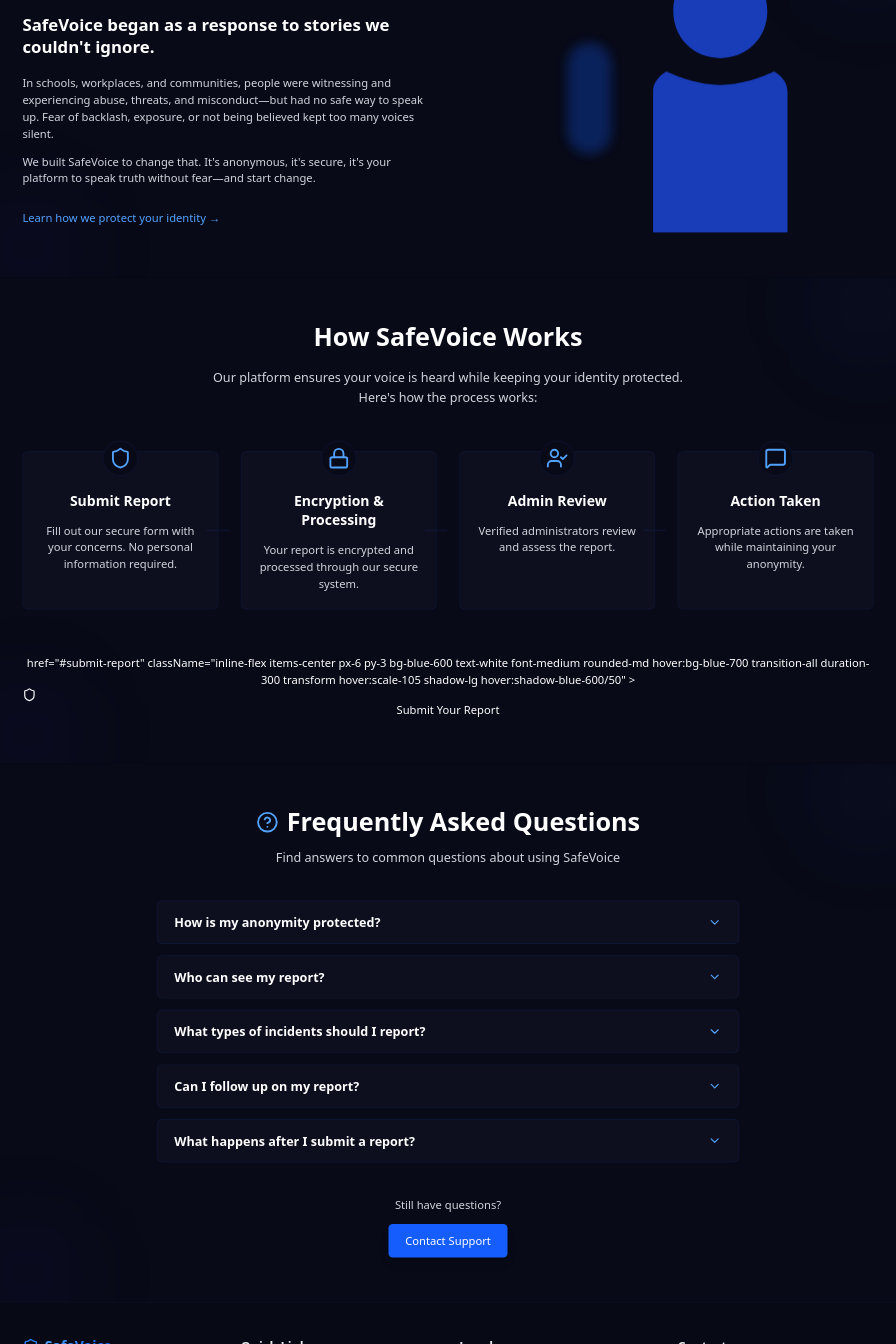
Repository: Marvin-Maina/safevoice
Page: / (app in safevoice-frontend/)
An editor plug-in stored every save of this project. The page is shown before and after a run of saves, followed by the edit.
The browser window is 1280 px wide. The pictures show the part of the page from y = 671 to 2591 px (the page is 2894 px tall), at 70% of full size.
The project was rebuilt for these pictures with package versions that can differ from the ones it lists, and the page was loaded fresh each time. Also part of the build but not shown: safevoice-frontend/vite.config.js, safevoice-frontend/src/pages/register.jsx, safevoice-frontend/src/pages/login.jsx, safevoice-frontend/src/pages/becomeadmin.jsx, safevoice-frontend/src/pages/freeadmindashboard.jsx, safevoice-frontend/src/components/PrivateRoute.jsx, safevoice-frontend/src/pages/UserReportDetail.jsx, safevoice-frontend/src/pages/SubmitReport.jsx and 2 more.

Above is the page before, as saved 2025-06-03 11:48:12.

### safevoice-frontend/src/App.jsx
// src/App.jsx
import { BrowserRouter as Router, Routes, Route, useLocation } from 'react-router-dom';
import Register from './pages/register';
import Login from './pages/login';
import Navbar from './components/navbar';
import Footer from './components/footer';
import LandingPage from './pages/landingpage';
import About from './components/about';
import BecomeAdmin from './pages/becomeadmin';
import FreeAdminDashboard from './pages/freeadmindashboard';
import PrivateRoute from './components/PrivateRoute'; // IMPORTANT: This import is necessary
import UserReportDetail from './pages/UserReportDetail'; // IMPORTANT: This import is necessary
import SubmitReport from './pages/SubmitReport';
import Profile from './pages/profile';
import EditProfile from './pages/EditProfile';
const AppLayout = () => {
  const location = useLocation();
  const showNavbar = location.pathname === '/';
  const showFooter = location.pathname === '/';

  return (
    <div className="min-h-screen bg-gray-950 text-white flex flex-col">
      {showNavbar && <Navbar />}
      <div className={`${showNavbar ? 'pt-16' : ''} flex-grow`}>
        <Routes>
          <Route path="/" element={<LandingPage />} />
          <Route path="/register" element={<Register />} />
          <Route path="/login" element={<Login />} />
          <Route path="/about" element={<About />} />
          <Route path="/become-admin" element={<BecomeAdmin />} />
          <Route path="/submit-report" element={<SubmitReport />} />
          <Route path="/profile" element={<Profile />} />
          <Route path="/EditProfile" element={<EditProfile />} />


          {/* Protected Admin Dashboard Route */}
          <Route
            path="/free-admin-dashboard"
            element={
              <PrivateRoute allowedRoles={['admin']}>
                <FreeAdminDashboard />
              </PrivateRoute>
            }
          />

          {/* IMPORTANT: Route for User Report Detail - This is how reportId gets populated */}
          <Route
            path="/reports/:reportId" // <--- This dynamic parameter MUST be here!
            element={
              <PrivateRoute allowedRoles={['user', 'admin']}> {/* Users can view their own reports */}
                <UserReportDetail />
              </PrivateRoute>
            }
          />
          {/* Add more routes as needed */}
        </Routes>
      </div>
      {showFooter && <Footer />}
    </div>
  );
};

export default function App() {
  return (
    <Router>
      <AppLayout />
    </Router>
  );
}

### safevoice-frontend/src/components/footer.jsx
import React from 'react';
import { Shield, Heart, Github, Twitter } from 'lucide-react';

const Footer = () => {
  return (
    <footer className="bg-[#070914] py-12 border-t border-blue-900/20">
      <div className="max-w-7xl mx-auto px-4 sm:px-6 lg:px-8">
        <div className="grid grid-cols-1 md:grid-cols-4 gap-8">
          {/* Brand */}
          <div className="col-span-1 md:col-span-1">
            <a href="/" className="flex items-center text-xl font-bold mb-4">
              <Shield className="h-6 w-6 mr-2 text-blue-500" />
              <span className="bg-gradient-to-r from-blue-400 to-blue-600 bg-clip-text text-transparent">SafeVoice</span>
            </a>
            <p className="text-gray-400 text-sm">
              Empowering voices, protecting identities. Your secure platform for anonymous reporting.
            </p>
            <div className="flex mt-4 space-x-4">
              <a href="#" className="text-gray-400 hover:text-blue-400 transition-colors duration-300">
                <Twitter className="h-5 w-5" />
              </a>
              <a href="#" className="text-gray-400 hover:text-blue-400 transition-colors duration-300">
                <Github className="h-5 w-5" />
              </a>
            </div>
          </div>

          {/* Quick Links */}
          <div className="col-span-1">
            <h3 className="text-lg font-semibold mb-4 text-gray-200">Quick Links</h3>
            <ul className="space-y-2">
              <li>
                <a href="#about" className="text-gray-400 hover:text-blue-400 transition-colors duration-300">About</a>
              </li>
              <li>
                <a href="#how-it-works" className="text-gray-400 hover:text-blue-400 transition-colors duration-300">How It Works</a>
              </li>
              <li>
                <a href="#faq" className="text-gray-400 hover:text-blue-400 transition-colors duration-300">FAQ</a>
              </li>
              <li>
                <a href="#report" className="text-gray-400 hover:text-blue-400 transition-colors duration-300">Submit Report</a>
              </li>
            </ul>
          </div>

          {/* Legal */}
          <div className="col-span-1">
            <h3 className="text-lg font-semibold mb-4 text-gray-200">Legal</h3>
            <ul className="space-y-2">
              <li>
                <a href="#privacy" className="text-gray-400 hover:text-blue-400 transition-colors duration-300">Privacy Policy</a>
              </li>
              <li>
                <a href="#terms" className="text-gray-400 hover:text-blue-400 transition-colors duration-300">Terms of Service</a>
              </li>
              <li>
                <a href="#cookies" className="text-gray-400 hover:text-blue-400 transition-colors duration-300">Cookie Policy</a>
              </li>
              <li>
                <a href="#security" className="text-gray-400 hover:text-blue-400 transition-colors duration-300">Security</a>
              </li>
            </ul>
          </div>

          {/* Contact */}
          <div className="col-span-1">
            <h3 className="text-lg font-semibold mb-4 text-gray-200">Contact</h3>
            <ul className="space-y-2">
              <li>
                <a href="#support" className="text-gray-400 hover:text-blue-400 transition-colors duration-300">Support</a>
              </li>
              <li>
                <a href="#contact" className="text-gray-400 hover:text-blue-400 transition-colors duration-300">Contact Us</a>
              </li>
              <li>
                <a href="#become-admin" className="text-gray-400 hover:text-blue-400 transition-colors duration-300">Become Admin/Org</a>
              </li>
            </ul>
          </div>
        </div>

        <div className="mt-12 pt-8 border-t border-blue-900/20 flex flex-col md:flex-row justify-between items-center">
          <p className="text-gray-400 text-sm">
            &copy; {new Date().getFullYear()} SafeVoice. All rights reserved.
          </p>
          <p className="text-gray-400 text-sm flex items-center mt-4 md:mt-0">
            Made with <Heart className="h-4 w-4 mx-1 text-red-500" /> for a safer world
          </p>
        </div>
      </div>
    </footer>
  );
};

export default Footer;

### safevoice-frontend/src/pages/landingpage.jsx
import React from 'react';
import HeroSection from '../components/hero';
import About from '../components/about';
import HowItWorks from '../components/Howitworks';
import Faq from '../components/FAQS';
// import more sections as needed...

const LandingPage = () => {
  return (
    <main>
      <HeroSection />
      <About />
      <HowItWorks />
      <Faq />
      {/* More sections */}
    </main>
  );
};

export default LandingPage;

### safevoice-frontend/src/components/about.jsx
import React from 'react';
import { MessageSquare } from 'lucide-react';

const About = () => {
  return (
    <section id="about" className="py-16 bg-[#080a17] relative overflow-hidden">
      <div className="max-w-7xl mx-auto px-4 sm:px-6 lg:px-8">
        <div className="grid grid-cols-1 md:grid-cols-2 gap-12 items-center">
          {/* Text Content */}
          <div className="animate-fadeIn">
            <div className="flex items-center mb-6">
              <MessageSquare className="text-blue-400 h-6 w-6 mr-3" />
              <h2 className="text-3xl font-bold">Our Why</h2>
            </div>
            <h3 className="text-2xl font-semibold mb-6">
              SafeVoice began as a response to stories we couldn't ignore.
            </h3>
            <div className="space-y-4 text-gray-300">
              <p>
                In schools, workplaces, and communities, people were witnessing and experiencing abuse, threats,
                and misconduct—but had no safe way to speak up. Fear of backlash, exposure, or not being
                believed kept too many voices silent.
              </p>
              <p>
                We built SafeVoice to change that. It's anonymous, it's secure, it's your platform
                to speak truth without fear—and start change.
              </p>
              <a
                href="#learn-more"
                className="inline-block text-blue-400 hover:text-blue-300 transition-colors duration-300 mt-4 group"
              >
                Learn how we protect your identity{' '}
                <span className="group-hover:translate-x-1 inline-block transition-transform duration-300">→</span>
              </a>
            </div>
          </div>

          {/* Image/Illustration */}
          <div className="relative">
            <div className="relative h-80 w-full md:h-96 animate-fadeInRight">
              <div className="absolute right-0 top-0 h-full w-full">
                <div className="relative h-full w-full">
                  {/* Microphone icon */}
                  <div className="absolute left-1/4 top-1/2 transform -translate-y-1/2 w-16 h-40 bg-blue-600/30 rounded-full blur-sm animate-pulse"></div>

                  {/* Person silhouette */}
                  <div className="absolute right-0 top-0 h-full w-3/4">
                    <svg viewBox="0 0 200 200" xmlns="http://www.w3.org/2000/svg" className="h-full w-full text-blue-800">
                      <path fill="currentColor" d="M100,0 C120,0 135,15 135,35 C135,55 120,70 100,70 C80,70 65,55 65,35 C65,15 80,0 100,0 Z M140,80 C140,80 140,80 140,80 C140,80 140,80 140,80 C140,80 150,85 150,95 L150,200 L50,200 L50,95 C50,85 60,80 60,80 C60,80 60,80 60,80 C60,80 80,90 100,90 C120,90 140,80 140,80 Z" />
                    </svg>
                  </div>
                </div>
              </div>
            </div>
          </div>
        </div>
      </div>

      {/* Background elements */}
      <div className="absolute -top-10 -right-10 w-40 h-40 bg-blue-600/5 rounded-full filter blur-3xl"></div>
      <div className="absolute -bottom-10 -left-10 w-40 h-40 bg-indigo-600/5 rounded-full filter blur-3xl"></div>
    </section>
  );
};

export default About;

### safevoice-frontend/src/components/hero.jsx
import React from 'react';
import { Shield } from 'lucide-react';
import { Link } from 'react-router-dom';
const HeroSection = () => {
  return (
    <section className="relative pt-28 pb-20 overflow-hidden">
      <div className="max-w-7xl mx-auto px-4 sm:px-6 lg:px-8 text-center">
        <h1 className="text-4xl sm:text-5xl md:text-6xl font-bold leading-tight mb-6 animate-fadeIn">
          <span className="bg-gradient-to-r from-white to-blue-300 bg-clip-text text-transparent">Anonymous Reporting</span>
          <br />
          <span className="bg-gradient-to-r from-blue-300 to-white bg-clip-text text-transparent">Made Safe</span>
        </h1>
        <p className="text-xl text-gray-300 mb-12 max-w-2xl mx-auto animate-fadeInUp">
          Empowering voices, protecting identities.
        </p>
        <div className="flex flex-col sm:flex-row justify-center space-y-4 sm:space-y-0 sm:space-x-4 animate-fadeInUp animation-delay-200">

          <Link
            to="/submit-report"
            className="inline-flex items-center px-6 py-3 bg-blue-600 text-white font-medium rounded-md hover:bg-blue-700 transition-all duration-300 transform hover:scale-105 shadow-lg hover:shadow-blue-600/50"
          >
            <Shield className="mr-2 h-5 w-5" />
            Report Anonymously
          </Link>

           < Link to ="/become-admin"
            className="inline-flex items-center px-6 py-3 bg-transparent border border-blue-600 text-white font-medium rounded-md hover:bg-blue-900/20 transition-all duration-300 transform hover:scale-105 shadow-lg hover:shadow-blue-600/30"
          >
            Become Admin/Org
          </Link>
        </div>
      </div>

      {/* Animated gradient circles */}
      <div className="absolute top-1/4 left-1/4 w-64 h-64 bg-blue-600/10 rounded-full filter blur-3xl animate-pulse animation-duration-7000"></div>
      <div className="absolute bottom-1/4 right-1/4 w-96 h-96 bg-indigo-600/10 rounded-full filter blur-3xl animate-pulse animation-delay-2000 animation-duration-8000"></div>

      {/* Background gradient effect */}
      <div className="absolute inset-0 bg-gradient-to-b from-blue-900/10 to-transparent pointer-events-none" aria-hidden="true"></div>
    </section>
  );
};

export default HeroSection;

### safevoice-frontend/src/components/Howitworks.jsx
import React from 'react';
import { Shield, Lock, UserCheck, MessageSquare } from 'lucide-react';

const HowItWorks = () => {
  const steps = [
    {
      icon: <Shield className="h-8 w-8 text-blue-400" />,
      title: "Submit Report",
      description: "Fill out our secure form with your concerns. No personal information required."
    },
    {
      icon: <Lock className="h-8 w-8 text-blue-400" />,
      title: "Encryption & Processing",
      description: "Your report is encrypted and processed through our secure system."
    },
    {
      icon: <UserCheck className="h-8 w-8 text-blue-400" />,
      title: "Admin Review",
      description: "Verified administrators review and assess the report."
    },
    {
      icon: <MessageSquare className="h-8 w-8 text-blue-400" />,
      title: "Action Taken",
      description: "Appropriate actions are taken while maintaining your anonymity."
    }
  ];

  return (
    <section id="how-it-works" className="py-16 bg-[#080a17] relative overflow-hidden">
      <div className="max-w-7xl mx-auto px-4 sm:px-6 lg:px-8">
        <div className="text-center mb-16 animate-fadeIn">
          <h2 className="text-3xl md:text-4xl font-bold mb-6">How SafeVoice Works</h2>
          <p className="text-gray-300 text-lg max-w-2xl mx-auto">
            Our platform ensures your voice is heard while keeping your identity protected.
            Here's how the process works:
          </p>
        </div>

        <div className="grid md:grid-cols-2 lg:grid-cols-4 gap-8 relative">
          {steps.map((step, index) => (
            <div
              key={index}
              className="relative bg-[#0d0f1e] p-6 rounded-lg border border-blue-900/20 transform hover:scale-105 transition-all duration-300 animate-fadeInUp"
              style={{ animationDelay: `${index * 200}ms` }}
            >
              <div className="absolute -top-4 left-1/2 transform -translate-x-1/2">
                <div className="bg-[#080a17] p-2 rounded-full border border-blue-900/20">
                  {step.icon}
                </div>
              </div>

              <div className="mt-8 text-center">
                <h3 className="text-xl font-semibold mb-4">{step.title}</h3>
                <p className="text-gray-300">{step.description}</p>
              </div>

              {index < steps.length - 1 && (
                <div className="hidden lg:block absolute top-1/2 right-0 transform translate-x-1/2 -translate-y-1/2">
                  <div className="w-8 h-0.5 bg-blue-900/20"></div>
                </div>
              )}
            </div>
          ))}
        </div>

        <div className="mt-16 text-center animate-fadeInUp animation-delay-200">

            href="#submit-report"
            className="inline-flex items-center px-6 py-3 bg-blue-600 text-white font-medium rounded-md hover:bg-blue-700 transition-all duration-300 transform hover:scale-105 shadow-lg hover:shadow-blue-600/50"
          >
            <Shield className="mr-2 h-5 w-5" />
            Submit Your Report

        </div>
      </div>

      {/* Background elements */}
      <div className="absolute -top-10 -right-10 w-40 h-40 bg-blue-600/5 rounded-full filter blur-3xl"></div>
      <div className="absolute -bottom-10 -left-10 w-40 h-40 bg-indigo-600/5 rounded-full filter blur-3xl"></div>
    </section>
  );
};

export default HowItWorks;

### safevoice-frontend/src/components/FAQS.jsx
import React, { useState } from 'react';
import { ChevronDown, ChevronUp, HelpCircle } from 'lucide-react';

const FAQ = () => {
  const [openIndex, setOpenIndex] = useState(null);

  const faqs = [
    {
      question: "How is my anonymity protected?",
      answer: "SafeVoice uses advanced encryption and never collects identifying information. Your reports are completely anonymous, and we don't track IP addresses or require any personal details."
    },
    {
      question: "Who can see my report?",
      answer: "Only verified administrators of your organization have access to reports. All administrators undergo strict verification and are bound by confidentiality agreements."
    },
    {
      question: "What types of incidents should I report?",
      answer: "You can report any concerns about misconduct, harassment, safety issues, or ethical violations. If you're unsure, it's better to report and let our administrators assess the situation."
    },
    {
      question: "Can I follow up on my report?",
      answer: "Yes. Each report receives a unique reference number. You can use this to check the status of your report or provide additional information while maintaining anonymity."
    },
    {
      question: "What happens after I submit a report?",
      answer: "Your report is encrypted and sent to verified administrators. They review the information, investigate if necessary, and take appropriate action while protecting your identity."
    }
  ];

  return (
    <section id="faq" className="py-16 bg-[#080a17] relative overflow-hidden">
      <div className="max-w-4xl mx-auto px-4 sm:px-6 lg:px-8">
        <div className="text-center mb-12 animate-fadeIn">
          <div className="flex items-center justify-center mb-4">
            <HelpCircle className="h-8 w-8 text-blue-400 mr-3" />
            <h2 className="text-3xl md:text-4xl font-bold">Frequently Asked Questions</h2>
          </div>
          <p className="text-gray-300 text-lg">
            Find answers to common questions about using SafeVoice
          </p>
        </div>

        <div className="space-y-4 animate-fadeInUp">
          {faqs.map((faq, index) => (
            <div
              key={index}
              className="bg-[#0d0f1e] rounded-lg border border-blue-900/20 overflow-hidden transition-all duration-300"
            >
              <button
                className="w-full px-6 py-4 text-left flex items-center justify-between focus:outline-none"
                onClick={() => setOpenIndex(openIndex === index ? null : index)}
              >
                <span className="font-semibold text-lg">{faq.question}</span>
                {openIndex === index ? (
                  <ChevronUp className="h-5 w-5 text-blue-400" />
                ) : (
                  <ChevronDown className="h-5 w-5 text-blue-400" />
                )}
              </button>

              <div
                className={`px-6 transition-all duration-300 ${
                  openIndex === index ? 'py-4 border-t border-blue-900/20' : 'max-h-0 overflow-hidden'
                }`}
              >
                <p className="text-gray-300">{faq.answer}</p>
              </div>
            </div>
          ))}
        </div>

        <div className="mt-12 text-center animate-fadeInUp animation-delay-200">
          <p className="text-gray-300 mb-4">Still have questions?</p>
          <a
            href="#contact"
            className="inline-flex items-center px-6 py-3 bg-blue-600 text-white font-medium rounded-md hover:bg-blue-700 transition-all duration-300 transform hover:scale-105 shadow-lg hover:shadow-blue-600/50"
          >
            Contact Support
          </a>
        </div>
      </div>

      {/* Background elements */}
      <div className="absolute -top-10 -right-10 w-40 h-40 bg-blue-600/5 rounded-full filter blur-3xl"></div>
      <div className="absolute -bottom-10 -left-10 w-40 h-40 bg-indigo-600/5 rounded-full filter blur-3xl"></div>
    </section>
  );
};

export default FAQ;

Loaded but not shown: safevoice-frontend/index.html (common file); safevoice-frontend/src/main.jsx (common file); safevoice-frontend/src/index.css (common file); safevoice-frontend/src/components/navbar.jsx (246 lines, source omitted)

After the next 2 saves:
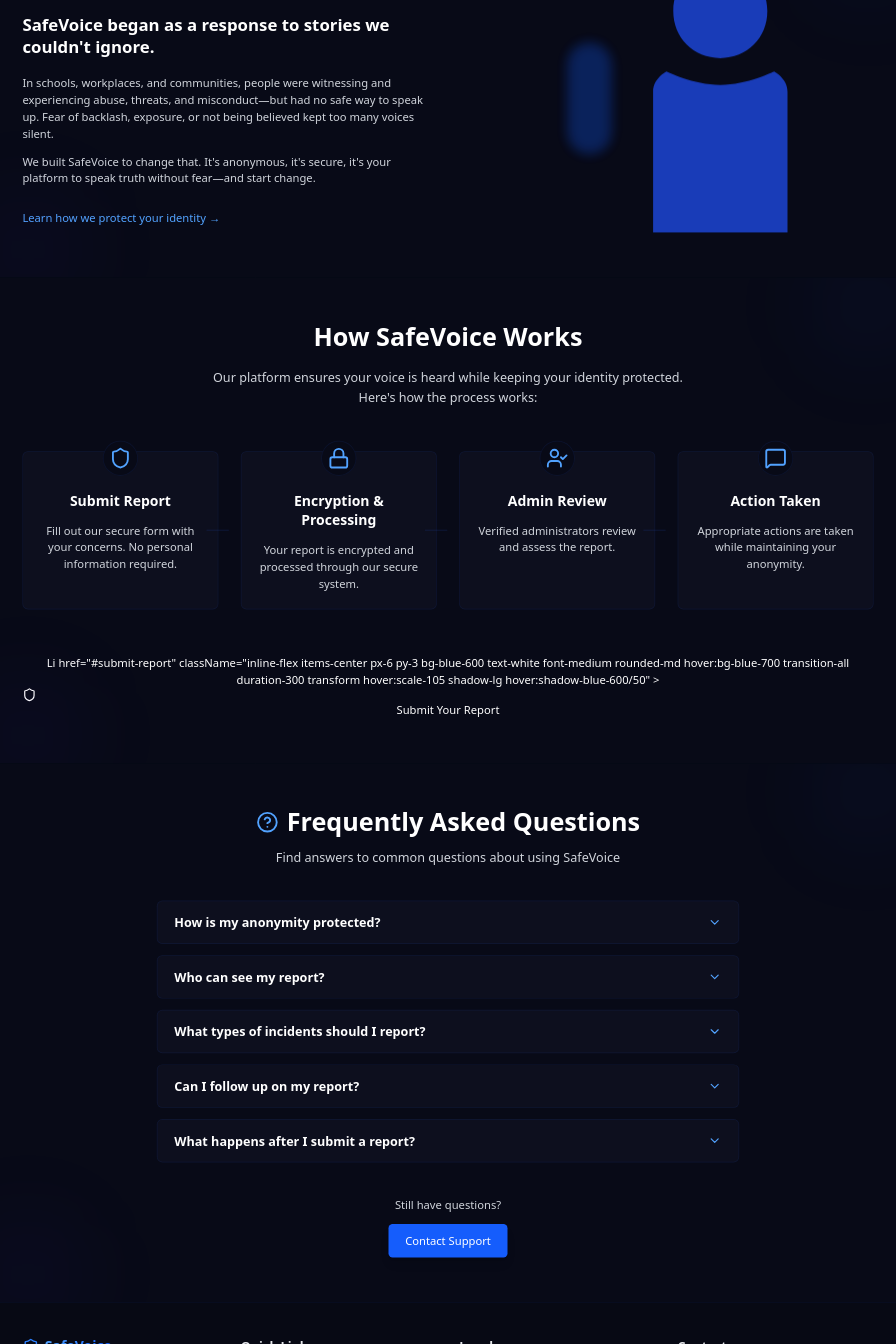
The 2 saves are shown as one change because they came seconds apart.
The last was saved 5 s later.
--- a/safevoice-frontend/src/components/Howitworks.jsx
+++ b/safevoice-frontend/src/components/Howitworks.jsx
@@ -64,7 +64,7 @@
         </div>
 
         <div className="mt-16 text-center animate-fadeInUp animation-delay-200">
-
+          Li
             href="#submit-report"
             className="inline-flex items-center px-6 py-3 bg-blue-600 text-white font-medium rounded-md hover:bg-blue-700 transition-all duration-300 transform hover:scale-105 shadow-lg hover:shadow-blue-600/50"
           >
